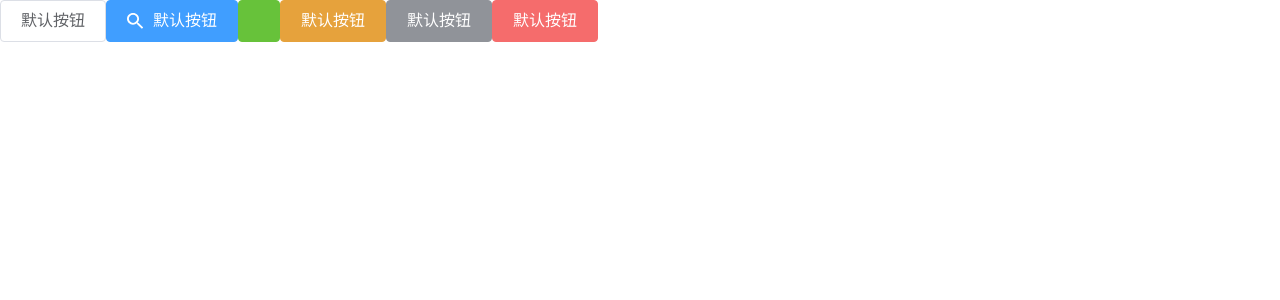
Repository: onlyadaydreamer/dreamer-ui
Page: /
The author's editor kept a copy of each file at every save. The page is drawn from the files as they stood at one save, then again after the next save.
The browser window is 1280 px wide. The pictures show the whole page.
The project was rebuilt for these pictures with package versions that can differ from the ones it lists, and the page was loaded fresh each time. Also part of the build but not shown: src/styles/icon.js, src/packages/index.js.

Above is the page before, as saved 2020-05-13 15:28:34.

After the next save:
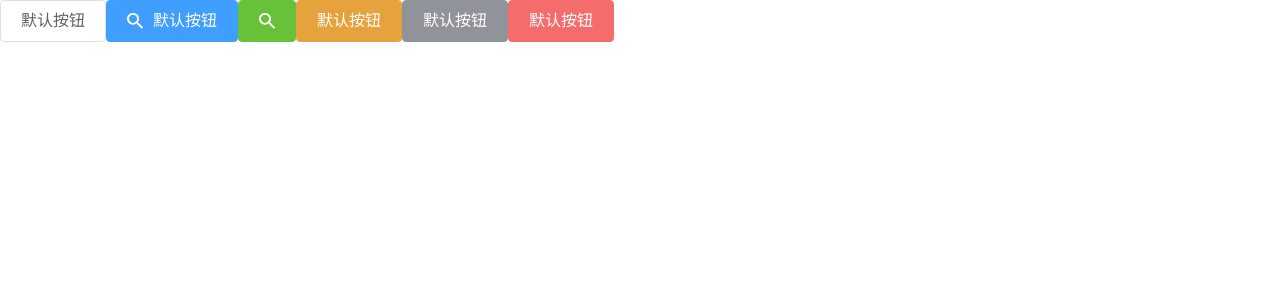
Saved 12 s later.
--- a/src/App.vue
+++ b/src/App.vue
@@ -2,7 +2,7 @@
   <div id="app">
     <dreamer-button>默认按钮</dreamer-button>
     <dreamer-button type="primary" icon="search">默认按钮</dreamer-button>
-    <dreamer-button type="success"></dreamer-button>
+    <dreamer-button type="success" icon="search"></dreamer-button>
     <dreamer-button type="warning">默认按钮</dreamer-button>
     <dreamer-button type="info">默认按钮</dreamer-button>
     <dreamer-button type="danger">默认按钮</dreamer-button>
